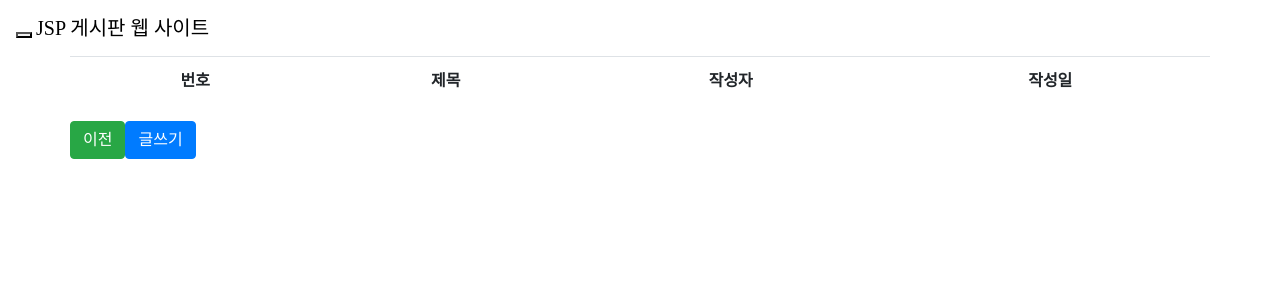
Repository: hz6450/2024-summer-jsp-notice-project
Page: http://localhost/BBS/BBS.jsp?pageNumber=0
The author's editor kept a copy of each file at every save. The page is drawn from the files as they stood at one save, then again after the next save.
The browser window is 1280 px wide. The pictures show the whole page.
Some web fonts or font styles are not loaded; a fallback is used. Some web libraries are served in a nearby version. The page is served by Tomcat 10. Queries for data that is not in the repository find no rows.

Above is the page before, as saved 2024-07-12 07:59:06.

After the next save:
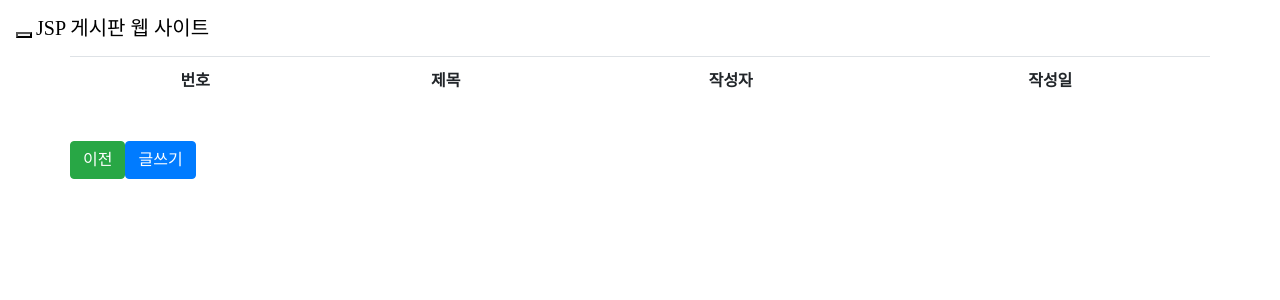
Saved 25 s later.
--- a/projects/BBS/src/main/webapp/BBS.jsp
+++ b/projects/BBS/src/main/webapp/BBS.jsp
@@ -60,13 +60,13 @@
 								<th style="border-bottom:none; text-align: center;">작성일</th>
 							</tr>
 						</thead>
-						<tbody>
+						<tbody id="bbs-tr">
 							<%
 							BbsDAO bbsDAO = new BbsDAO();
 							ArrayList<Bbs> list = bbsDAO.getList(pageNumber);
 							for (int i = 0; i < list.size(); i++) {
 							%>
-							<tr id="bbs-tr">
+							<tr >
 								<td><%= list.get(i).getBbsId() %></td>
 								<td><a href="view.jsp?bbsID=<%=list.get(i).getBbsId()%>">
 										<%= list.get(i).getBbsTitle() %></a></td>
